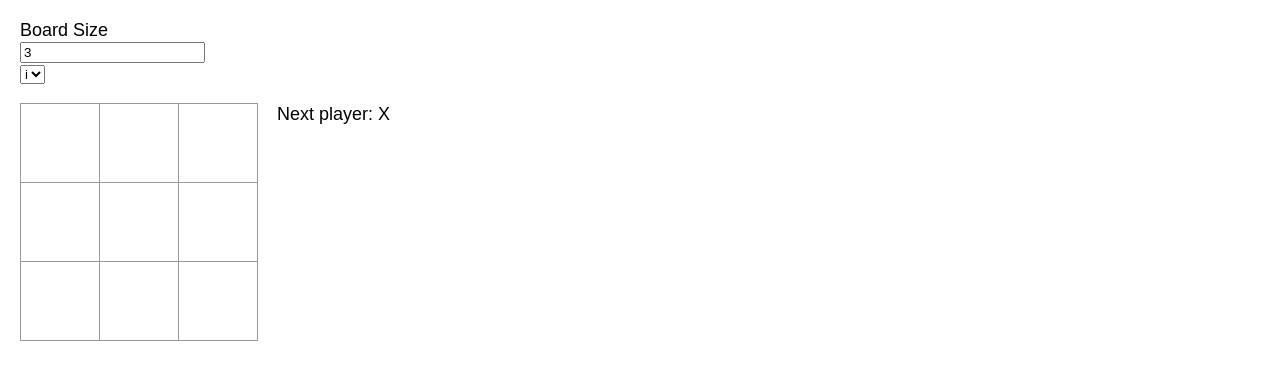
Repository: yshong211/tic-tac-toe-0708
Page: /
The author's editor kept a copy of each file at every save. The page is drawn from the files as they stood at one save, then again after a run of saves.
The browser window is 1280 px wide. The pictures show the whole page.
The project was rebuilt for these pictures with package versions that can differ from the ones it lists, and the page was loaded fresh each time.

Above is the page before, as saved 2020-07-07 16:51:59.

After the next 2 saves:
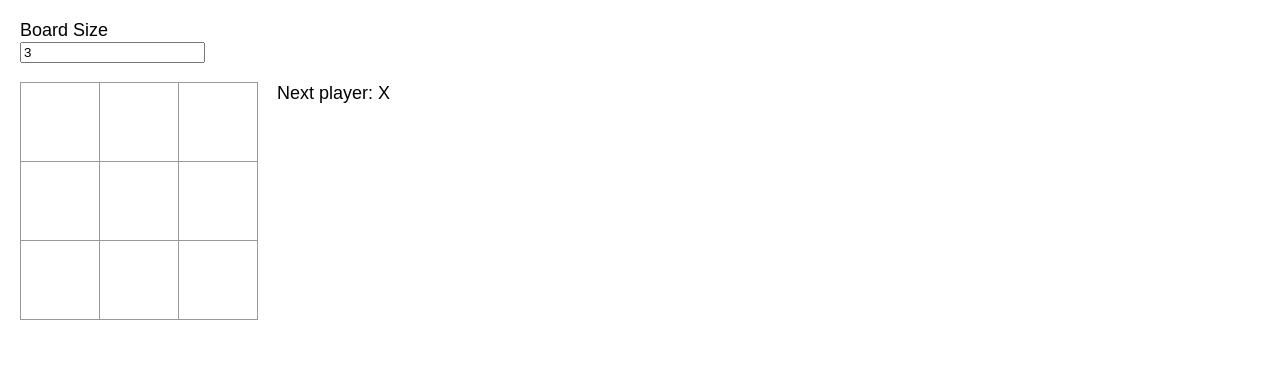
The 2 saves are shown as one change because they came seconds apart.
The last was saved 65 s later.
--- a/src/getDim.js
+++ b/src/getDim.js
@@ -28,10 +28,6 @@ export default class GetDim extends React.Component {
           <label>
             Board Size<br></br>
             <input type="int" value={this.state.rows} onChange={this.handleChange} /><br></br>
-            <select>
-                {this.how_many(this.state.rows)}
-            </select>
-
           </label>
         </form>
         <Game
